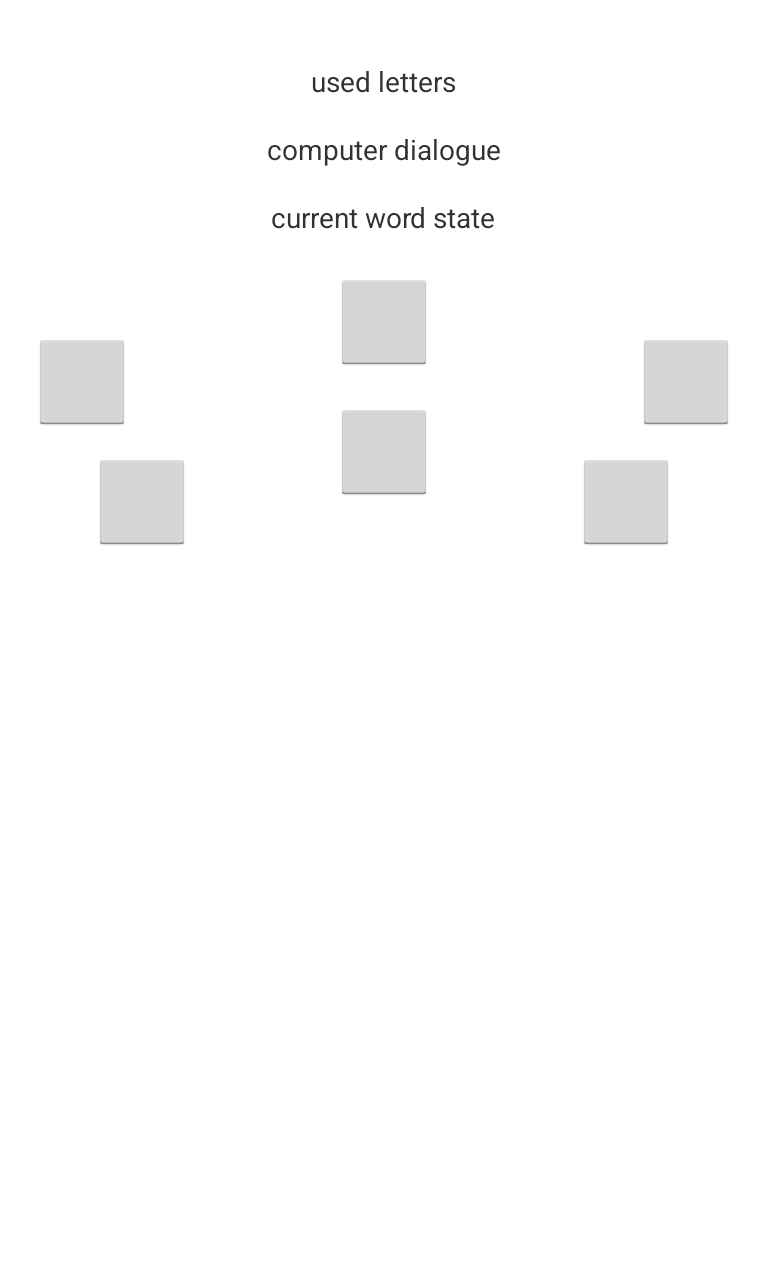
Repository: svandenhout/EvilSpaceMonsterHangman
Layout: evilSpaceMonsterHangman/res/layout/activity_main.xml
These files come from the project's save history. The layout is drawn as it stood at one moment and after the next save; the edit follows.
It is drawn on a 768 x 1280 px phone screen (xhdpi) without system bars, with theme AppTheme; the app's code is not run.

Above is the layout before, as saved 2013-12-16 18:31:42.

### evilSpaceMonsterHangman/res/layout/activity_main.xml
<RelativeLayout xmlns:android="http://schemas.android.com/apk/res/android"
              xmlns:tools="http://schemas.android.com/tools"
              android:layout_width="match_parent"
              android:layout_height="match_parent"
              android:paddingLeft="@dimen/activity_horizontal_margin"
              android:paddingRight="@dimen/activity_horizontal_margin"
              android:paddingTop="@dimen/activity_vertical_margin"
              android:paddingBottom="@dimen/activity_vertical_margin"
              tools:context=".MainActivity"
              android:orientation="vertical">

    <TextView
            android:id="@+id/usedLetters"
            android:layout_width="wrap_content"
            android:layout_height="wrap_content"
            android:text="@string/used_letters"
            android:layout_centerHorizontal="true"
            android:layout_marginTop="15dp"/>

    <TextView
            android:id="@+id/computerDialogue"
            android:layout_width="wrap_content"
            android:layout_height="wrap_content"
            android:layout_centerHorizontal="true"
            android:text="@string/computer_dialogue"
            android:layout_below="@+id/usedLetters"
            android:layout_marginTop="15dp"/>

    <TextView
            android:id="@+id/currentWordState"
            android:layout_width="wrap_content"
            android:layout_height="wrap_content"
            android:layout_below="@id/computerDialogue"
            android:text="@string/current_word_state"
            android:layout_centerHorizontal="true"
            android:layout_marginTop="15dp"/>

    <Button
        android:id="@+id/eye_6"
        android:layout_width="50dp"
        android:layout_height="50dp"
        android:layout_alignParentLeft="true"
        android:layout_marginTop="150dp"
        android:onClick="eyePress" />

    <Button
        android:id="@+id/eye_2"
        android:layout_width="50dp"
        android:layout_height="50dp"
        android:layout_marginTop="150dp"
        android:layout_alignParentRight="true"
        android:onClick="eyePress" />

    <Button
        android:id="@+id/eye_5"
        android:layout_width="50dp"
        android:layout_height="50dp"
        android:layout_alignLeft="@+id/eye_6"
        android:layout_below="@+id/eye_6"
        android:layout_marginLeft="30dp"
        android:layout_marginTop="10dp"
        android:onClick="eyePress" />

    <Button
        android:id="@+id/eye_3"
        android:layout_width="50dp"
        android:layout_height="50dp"
        android:layout_centerHorizontal="true"
        android:layout_marginTop="120dp"
        android:onClick="eyePress" />

    <Button
        android:id="@+id/eye_1"
        android:layout_width="50dp"
        android:layout_height="50dp"
        android:layout_alignRight="@+id/eye_2"
        android:layout_below="@+id/eye_2"
        android:layout_marginRight="30dp"
        android:layout_marginTop="10dp"
        android:onClick="eyePress" />

    <Button
        android:id="@+id/eye_4"
        android:layout_width="50dp"
        android:layout_height="50dp"
        android:layout_below="@+id/eye_3"
        android:layout_centerHorizontal="true"
        android:layout_marginTop="15dp"
        android:onClick="eyePress" />

</RelativeLayout>

### evilSpaceMonsterHangman/res/values/strings.xml
<?xml version="1.0" encoding="utf-8"?>
<resources>

    <string name="app_name" >Hangman
    </string>

    <!-- settings & preferences -->
    <string name="hi_scores" >hi-scores
    </string>
    <string name="settings" >settings
    </string>
    <string name="reset" >reset game
    </string>

    <string name="title_user_name" >user name
    </string>
    <string name="title_word_length">word length
    </string>
    <string name="title_amount_of_turns">amount of turns
    </string>
    <string name="title_evil_mode">Evil Mode
    </string>

    <string name="summary_user_name">set your user name here
    </string>
    <string name="summary_word_length">set the length of the words that you want to use
    </string>
    <string name="summary_amount_of_turns">set the amount of turns until you lose
    </string>
    <string name="summary_evil_mode">Start playing Evil Mode, You will not win
    </string>

    <string name="dialog_user_name" >user name:
    </string>
    <string name="dialog_word_length">word length:
    </string>
    <string name="dialog_amount_of_turns">amount of turns:
    </string>
    <string name="dialog_evil_mode">Evil Mode?
    </string>


    <!-- game ui -->
    <string name="current_word" >current word
    </string>
    <string name="current_word_state" >current word state
    </string>
    <string name="used_letters" >used letters
    </string>
    <string name="computer_dialogue">computer dialogue</string>
    <string name="button_text">a</string>

    <!-- game states -->
    <string name="game_won">game won
    </string>
    <string name="game_lost">game lost
    </string>

    <!-- computer monologue -->
    <string name="cmonologue_start">Pick a letter to start playing</string>
    <string name="cmonologue_used">This letter has already been used, try again</string>
    <string name="cmonologue_invalid">WHAT THE HELL IS THAT!?, try another one</string>
    <string name="cmonologue_wrong">Wrong guess, pick again</string>
    <string name="cmonologue_correct">Lucky, why don\'t you try again?</string>
    <string name="cmonologue_won">:((</string>
    <string name="cmonologue_lost">:-)</string>
</resources>

Loaded but not shown: evilSpaceMonsterHangman/res/values/styles.xml (common file); evilSpaceMonsterHangman/res/values-v11/styles.xml (common file); evilSpaceMonsterHangman/res/values-v14/styles.xml (common file); evilSpaceMonsterHangman/res/values/dimens.xml (common file)

After the next save:
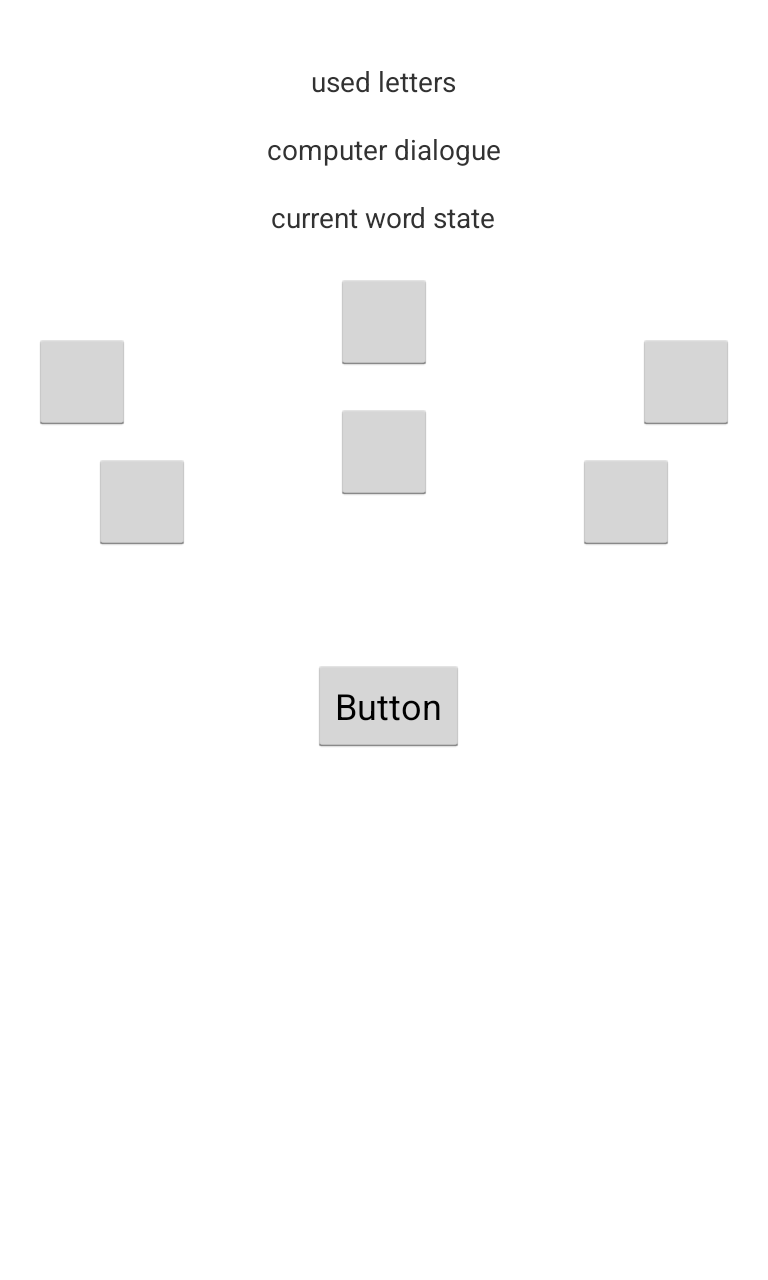
Saved 47 s later.
--- a/evilSpaceMonsterHangman/res/layout/activity_main.xml
+++ b/evilSpaceMonsterHangman/res/layout/activity_main.xml
@@ -88,4 +88,14 @@
         android:layout_marginTop="15dp"
         android:onClick="eyePress" />
 
+    <Button
+        android:id="@+id/button1"
+        android:layout_width="wrap_content"
+        android:layout_height="wrap_content"
+        android:layout_centerHorizontal="true"
+        android:layout_alignLeft="@+id/usedLetters"
+        android:layout_below="@+id/eye_1"
+        android:layout_marginTop="53dp"
+        android:text="Button" />
+
 </RelativeLayout>
